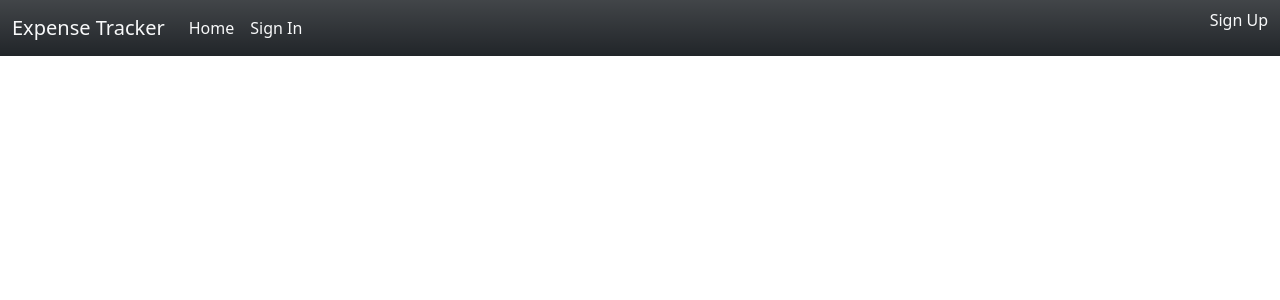
Repository: Gaurav560/OnlineExpenseTracker
Page: http://localhost/Online_Expense_Tracker/
The author's editor kept a copy of each file at every save. The page is drawn from the files as they stood at one save, then again after the next save.
The browser window is 1280 px wide. The pictures show the whole page.
The page is served by Tomcat 9. Other server files are loaded and not shown.

Above is the page before, as saved 2023-05-03 20:23:13.

### Online_Expense_Tracker/src/main/webapp/index.jsp
<%@ page language="java" contentType="text/html; charset=ISO-8859-1"
	pageEncoding="ISO-8859-1"%>
<!DOCTYPE html>
<html>
<head>
<meta charset="ISO-8859-1">
<title>Insert title here</title>
<link
	href="https://cdn.jsdelivr.net/npm/bootstrap@5.3.0-alpha3/dist/css/bootstrap.min.css"
	rel="stylesheet"
	integrity="sha384-KK94CHFLLe+nY2dmCWGMq91rCGa5gtU4mk92HdvYe+M/SXH301p5ILy+dN9+nJOZ"
	crossorigin="anonymous">
</head>
<body>

	<!--Navbar starts here  -->


	<nav class="navbar navbar-expand-lg bg-dark  bg-gradient">
		<div class="container-fluid">
			<a class="navbar-brand text-light" href="#">Expense Tracker</a>
			<button class="navbar-toggler" type="button"
				data-bs-toggle="collapse" data-bs-target="#navbarSupportedContent"
				aria-controls="navbarSupportedContent" aria-expanded="false"
				aria-label="Toggle navigation">
				<span class="navbar-toggler-icon"></span>
			</button>
			<div class="collapse navbar-collapse" id="navbarSupportedContent">
				<ul class="navbar-nav me-auto mb-2 mb-lg-0">
					<li class="nav-item"><a class="nav-link active text-light"
						aria-current="page" href="#">Home</a></li>
					<li class="nav-item"><a class="nav-link active text-light" href="#">Sign In</a></li>



				</ul>
			<ul
					<li class="nav-item  ms-auto"><a class="nav-link active text-light " href="#">Sign Up</a></li>
				</ul>
			</div>
		</div>
	</nav>
	<!-- Navbar ends here  -->






	<script
		src="https://cdn.jsdelivr.net/npm/bootstrap@5.3.0-alpha3/dist/js/bootstrap.bundle.min.js"
		integrity="sha384-ENjdO4Dr2bkBIFxQpeoTz1HIcje39Wm4jDKdf19U8gI4ddQ3GYNS7NTKfAdVQSZe"
		crossorigin="anonymous"></script>
</body>
</html>

After the next save:
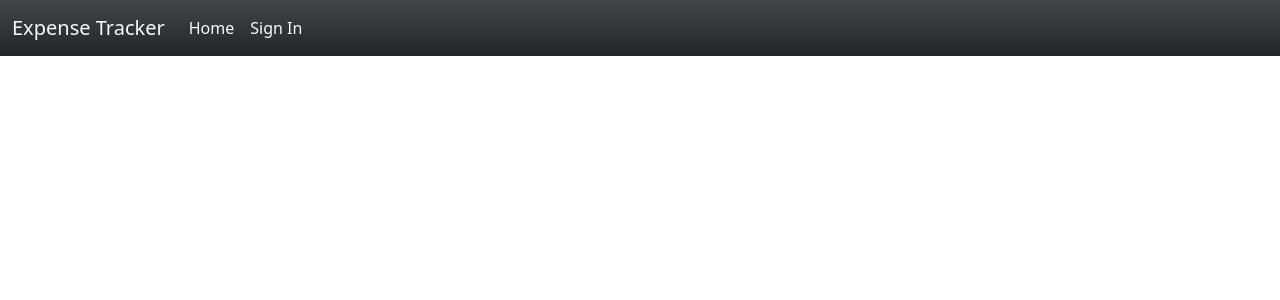
Saved 11 s later.
--- a/Online_Expense_Tracker/src/main/webapp/index.jsp
+++ b/Online_Expense_Tracker/src/main/webapp/index.jsp
@@ -34,9 +34,8 @@
 
 
 				</ul>
-			<ul
-					<li class="nav-item  ms-auto"><a class="nav-link active text-light " href="#">Sign Up</a></li>
-				</ul>
+
+
 			</div>
 		</div>
 	</nav>
